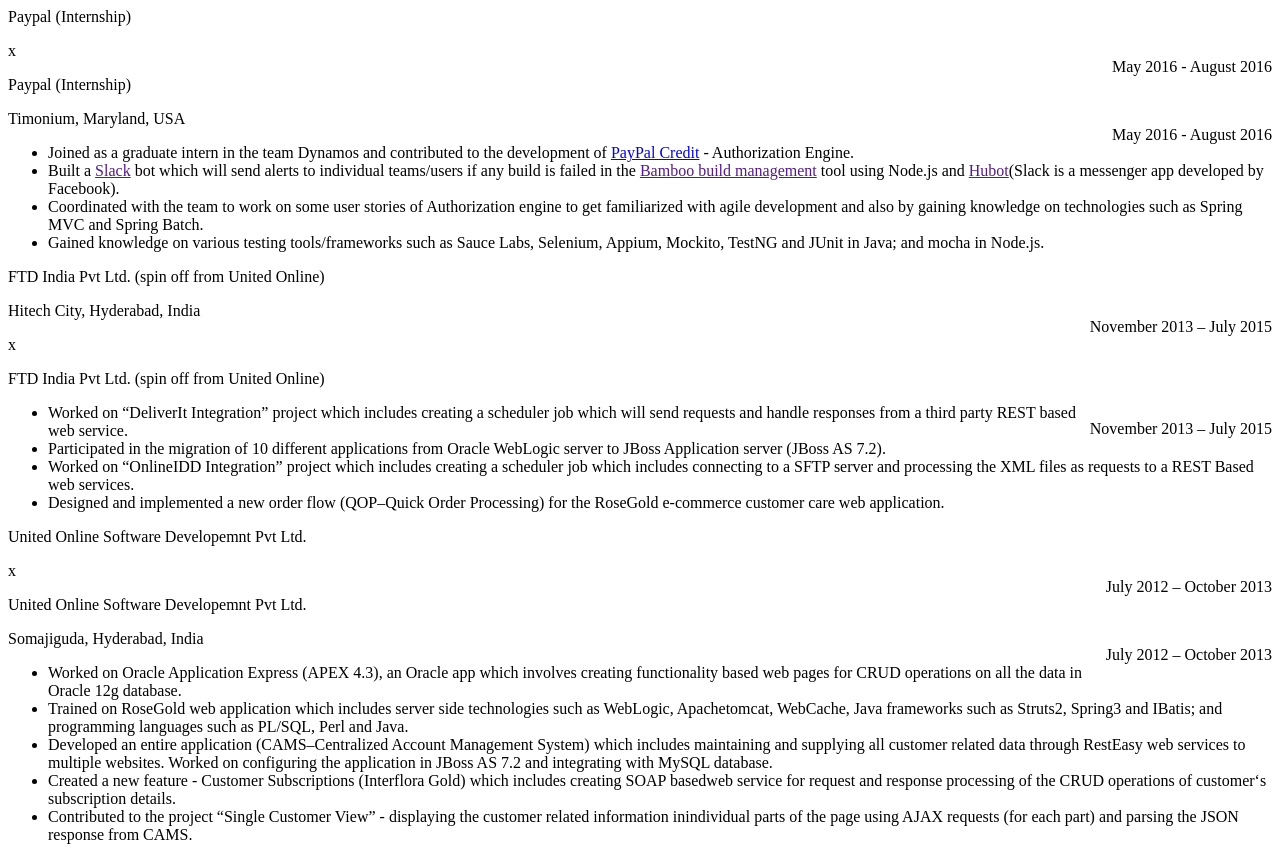
Repository: phanindrakannaji/Resume
Page: http://localhost/application/pages/experience.php
These files come from the project's save history. The page is drawn as it stood at one moment and after a run of saves; the edit follows.
The browser window is 1280 px wide. The pictures show the whole page.
The page is run by PHP 8.4 with error messages shown; the project is at /var/www/html/.

Above is the page before, as saved 2016-09-25 17:04:53.
Console error: ReferenceError: $ is not defined

### Resume/application/pages/experience.php
<script type="text/javascript"
	src="../resources/scripts/refreshScript.js"></script>
<div class="divExperience customfont2">
	<div class="divExperienceHeading">
		<p class="expHeading">Paypal (Internship)</p>
		<p class="expHeadingContent" style="float: right;">May 2016 - August
			2016</p>
	</div>
	<div class="divExperienceWork modal">
		<div class="modal-content">
			<span class="close">x</span>
			<p class="expHeading">Paypal (Internship)</p>
			<p class="expHeadingContent" style="float: right;">May 2016 - August
				2016</p>
			<p class="expHeadingContent divExperiencelocation ">Timonium,
				Maryland, USA</p>
			<ul>
				<li>Joined as a graduate intern in the team Dynamos and contributed
					to the development of <a
					href="https://en.wikipedia.org/wiki/PayPal_Credit" target="blank">PayPal
						Credit</a> - Authorization Engine.
				</li>
				<li>Built a <a href="" target="blank">Slack</a> bot which will send
					alerts to individual teams/users if any build is failed in the <a
					href="" target="blank">Bamboo build management</a> tool using
					Node.js and <a href="" target="blank">Hubot</a>(Slack is a
					messenger app developed by Facebook).
				</li>
				<li>Coordinated with the team to work on some user stories of
					Authorization engine to get familiarized with agile development and
					also by gaining knowledge on technologies such as Spring MVC and
					Spring Batch.</li>
				<li>Gained knowledge on various testing tools/frameworks such as
					Sauce Labs, Selenium, Appium, Mockito, TestNG and JUnit in Java;
					and mocha in Node.js.</li>
			</ul>
		</div>
	</div>
</div>

<div class="divExperience customfont2">
	<div class="divExperienceHeading">
		<p class="expHeading">FTD India Pvt Ltd. (spin off from United Online)</p>
		<p class="expHeadingContent" style="float: right;">November 2013 –
			July 2015</p>
		<p class=" expHeadingContent divExperiencelocation ">Hitech City,
			Hyderabad, India</p>
	</div>
	<div class="divExperienceWork modal">
		<div class="modal-content">
			<span class="close">x</span>
			<p class="expHeading">FTD India Pvt Ltd. (spin off from United
				Online)</p>
			<p class="expHeadingContent" style="float: right;">November 2013 –
				July 2015</p>
			<ul>
				<li>Worked on “DeliverIt Integration” project which includes
					creating a scheduler job which will send requests and handle
					responses from a third party REST based web service.</li>
				<li>Participated in the migration of 10 different applications from
					Oracle WebLogic server to JBoss Application server (JBoss AS 7.2).</li>
				<li>Worked on “OnlineIDD Integration” project which includes
					creating a scheduler job which includes connecting to a SFTP server
					and processing the XML files as requests to a REST Based web
					services.</li>
				<li>Designed and implemented a new order flow (QOP–Quick Order
					Processing) for the RoseGold e-commerce customer care web
					application.</li>
			</ul>
		</div>
	</div>
</div>

<div class="divExperience customfont2">
	<div class="divExperienceHeading">
		<p class="expHeading">United Online Software Developemnt Pvt Ltd.</p>
		<p class="expHeadingContent" style="float: right;">July 2012 – October
			2013</p>
	</div>
	<div class="divExperienceWork modal">
		<div class="modal-content">
			<span class="close">x</span>
			<p class="expHeading">United Online Software Developemnt Pvt Ltd.</p>
			<p class="expHeadingContent" style="float: right;">July 2012 –
				October 2013</p>
			<p class="expHeadingContent divExperiencelocation ">Somajiguda,
				Hyderabad, India</p>
			<ul>
				<li>Worked on Oracle Application Express (APEX 4.3), an Oracle app
					which involves creating functionality based web pages for CRUD
					operations on all the data in Oracle 12g database.</li>
				<li>Trained on RoseGold web application which includes server side
					technologies such as WebLogic, Apachetomcat, WebCache, Java
					frameworks such as Struts2, Spring3 and IBatis; and programming
					languages such as PL/SQL, Perl and Java.</li>
				<li>Developed an entire application (CAMS–Centralized Account
					Management System) which includes maintaining and supplying all
					customer related data through RestEasy web services to multiple
					websites. Worked on configuring the application in JBoss AS 7.2 and
					integrating with MySQL database.</li>
				<li>Created a new feature - Customer Subscriptions (Interflora Gold)
					which includes creating SOAP basedweb service for request and
					response processing of the CRUD operations of customer‘s
					subscription details.</li>
				<li>Contributed to the project “Single Customer View” - displaying
					the customer related information inindividual parts of the page
					using AJAX requests (for each part) and parsing the JSON response
					from CAMS.</li>
			</ul>
		</div>
	</div>
</div>
<script type="text/javascript" src="../resources/scripts/experience.js"></script>

### Resume/resources/scripts/refreshScript.js
$(document).ready(function(){
	$("#commandInput").keypress(function(e){
		keypressInBox(e);
	});
	$("#commandInput").focus();
})

### Resume/resources/scripts/experience.js
$(document).ready(function(){
	$('.divExperienceHeading').click(function(){
		$(this).parent().children().last().css("display", "block");
	});
	var span = $(".close")[0];
	$(".close").click(function() {
	    $(this).parent().parent().css("display", "none");
	});
});

After the next 2 saves:
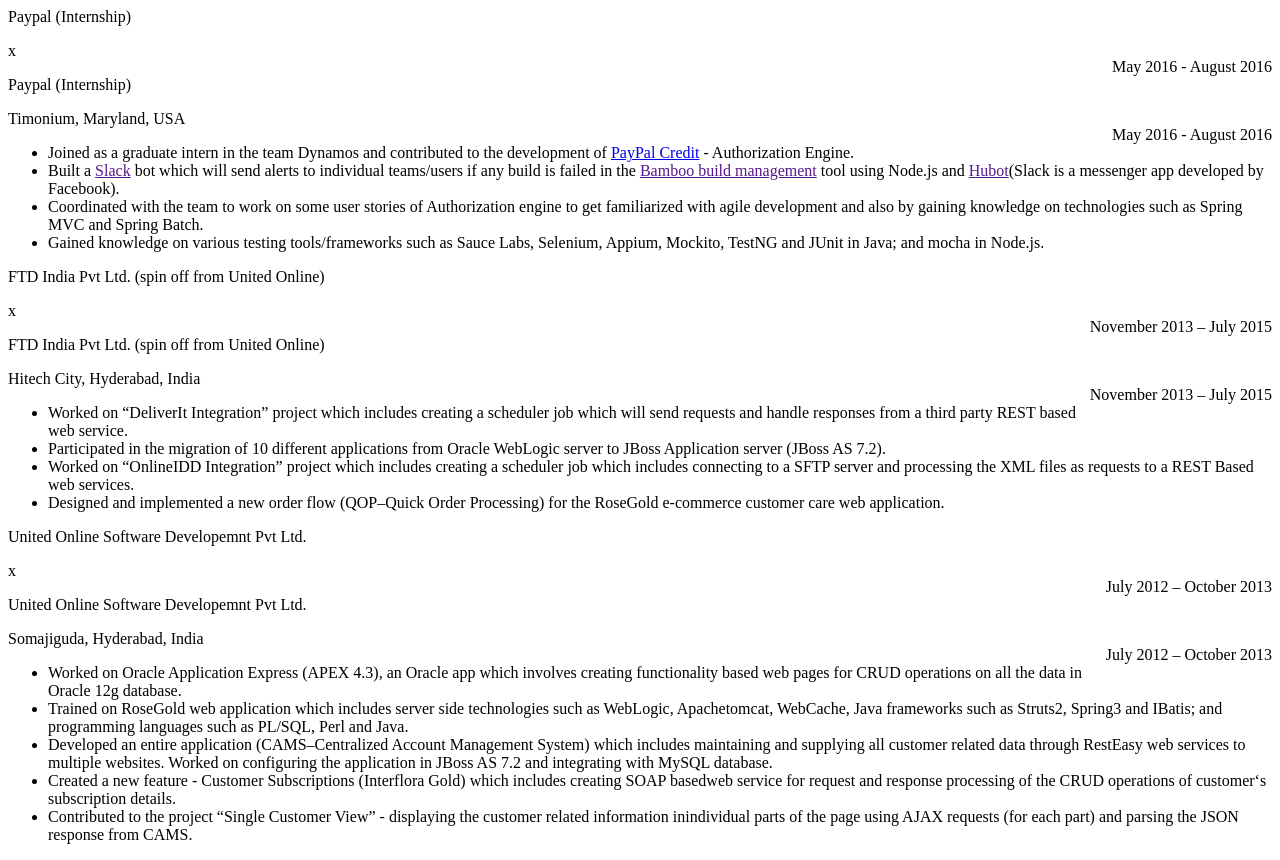
The 2 saves are shown as one change because they came seconds apart.
The last was saved 16 s later.
--- a/Resume/application/pages/experience.php
+++ b/Resume/application/pages/experience.php
@@ -43,8 +43,6 @@
 		<p class="expHeading">FTD India Pvt Ltd. (spin off from United Online)</p>
 		<p class="expHeadingContent" style="float: right;">November 2013 –
 			July 2015</p>
-		<p class=" expHeadingContent divExperiencelocation ">Hitech City,
-			Hyderabad, India</p>
 	</div>
 	<div class="divExperienceWork modal">
 		<div class="modal-content">
@@ -53,6 +51,8 @@
 				Online)</p>
 			<p class="expHeadingContent" style="float: right;">November 2013 –
 				July 2015</p>
+			<p class=" expHeadingContent divExperiencelocation ">Hitech City,
+				Hyderabad, India</p>
 			<ul>
 				<li>Worked on “DeliverIt Integration” project which includes
 					creating a scheduler job which will send requests and handle
